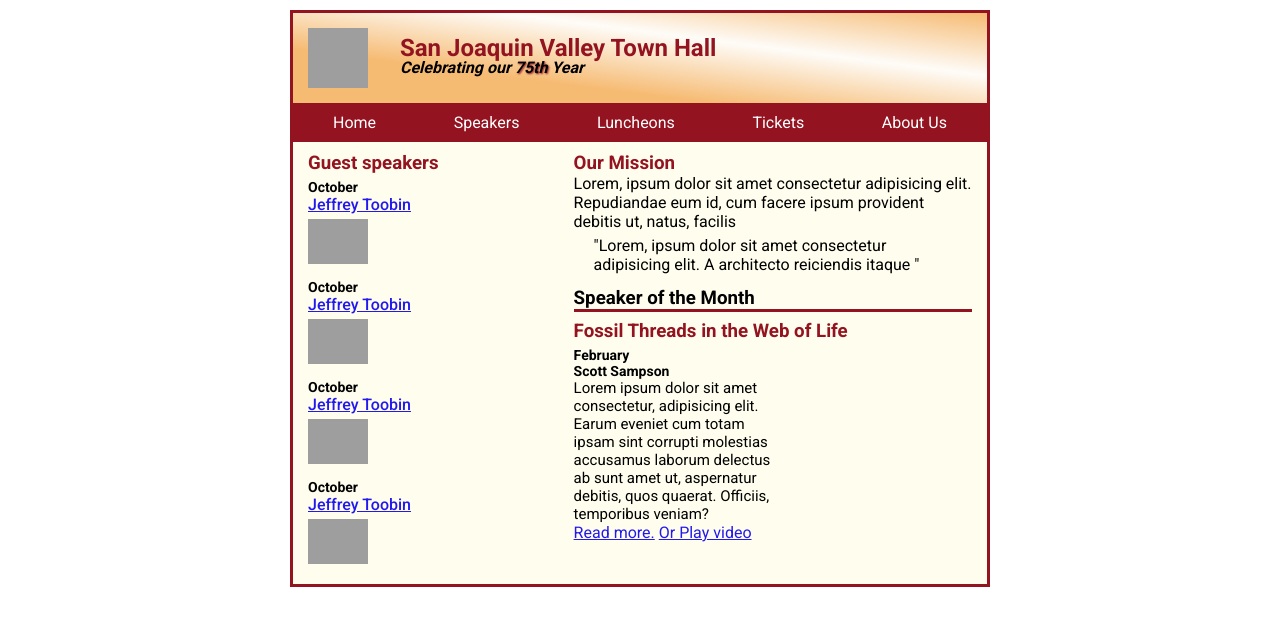
Repository: Mannj-nef/ex-5-6-7-8_IvVettech
Page: index.html
The author's editor kept a copy of each file at every save. The page is drawn from the files as they stood at one save, then again after the next save.
The browser window is 1280 px wide. The pictures show the whole page.
Pictures or frames that could not be fetched are drawn as grey boxes.

Above is the page before, as saved 2022-03-24 22:40:14.

### index.html
<!DOCTYPE html>
<html lang="en">
  <head>
    <meta charset="UTF-8" />
    <meta http-equiv="X-UA-Compatible" content="IE=edge" />
    <meta name="viewport" content="width=device-width, initial-scale=1.0" />
    <link rel="stylesheet" href="./Asset/style.css" />
    <link rel="preconnect" href="https://fonts.googleapis.com" />
    <link rel="preconnect" href="https://fonts.gstatic.com" crossorigin />
    <link
      href="https://fonts.googleapis.com/css2?family=Roboto:wght@300;400;500;700&display=swap"
      rel="stylesheet"
    />
    <title>Exercise5-6</title>
    <link
      rel="shortcut icon"
      href="https://iviettech.vn/wp-content/themes/viettech/img/front/favicon.ico"
      type="image/x-icon"
    />
  </head>
  <body>
    <div id="app">
      <header id="header">
        <div class="header-top">
          <div class="header-image__wrapper">
            <img
              src="https://source.unsplash.com/random"
              alt=""
              class="header-image"
            />
          </div>
          <div class="header-main">
            <h2 class="header-main__title">San Joaquin Valley Town Hall</h2>
            <p class="header-main__decs">
              Celebrating our
              <span class="header-main__decs-b"
                >75 <span class="header-main__decs-c">th</span>
              </span>
              Year
            </p>
          </div>
        </div>
        <div class="header-nav">
          <ul class="header-nav__list">
            <li class="header-nav__item">
              <a href="" class="header-nav__link">Home</a>
            </li>
            <li class="header-nav__item">
              <a href="" class="header-nav__link">Speakers</a>
            </li>
            <li class="header-nav__item">
              <a href="" class="header-nav__link">Luncheons</a>
            </li>
            <li class="header-nav__item">
              <a href="" class="header-nav__link">Tickets</a>
            </li>
            <li class="header-nav__item">
              <a href="" class="header-nav__link">About Us</a>
            </li>
          </ul>
        </div>
      </header>
      <section id="content">
        <div class="content-left">
          <h3 class="content-title">Guest speakers</h3>

          <div class="content-left__member">
            <p class="content__member-month">October</p>
            <a href="" class="content-left__member-link">Jeffrey Toobin</a>
            <div class="content-left__member-avata-wrapper">
              <img
                src="https://source.unsplash.com/random"
                alt=""
                class="content-left__member-avata"
              />
            </div>
          </div>
          <div class="content-left__member">
            <p class="content__member-month">October</p>
            <a href="" class="content-left__member-link">Jeffrey Toobin</a>
            <div class="content-left__member-avata-wrapper">
              <img
                src="https://source.unsplash.com/random"
                alt=""
                class="content-left__member-avata"
              />
            </div>
          </div>
          <div class="content-left__member">
            <p class="content__member-month">October</p>
            <a href="" class="content-left__member-link">Jeffrey Toobin</a>
            <div class="content-left__member-avata-wrapper">
              <img
                src="https://source.unsplash.com/random"
                alt=""
                class="content-left__member-avata"
              />
            </div>
          </div>
          <div class="content-left__member">
            <p class="content__member-month">October</p>
            <a href="" class="content-left__member-link">Jeffrey Toobin</a>
            <div class="content-left__member-avata-wrapper">
              <img
                src="https://source.unsplash.com/random"
                alt=""
                class="content-left__member-avata"
              />
            </div>
          </div>
        </div>
        <div class="constent-right">
          <div class="constent-right__top">
            <h3 class="content-title">Our Mission</h3>
            <p class="constent-right__desc">
              Lorem, ipsum dolor sit amet consectetur adipisicing elit.
              Repudiandae eum id, cum facere ipsum provident debitis ut, natus,
              facilis
            </p>
            <p class="constent-right__desc-sub">
              "Lorem, ipsum dolor sit amet consectetur adipisicing elit. A
              architecto reiciendis itaque "
            </p>
            <h3 class="constent-right-title">Speaker of the Month</h3>
          </div>
          <div class="constent-right__center">
            <h3 class="content-title">Fossil Threads in the Web of Life</h3>
            <div class="constent-right__center-right">
              <h3 class="content__member-month center-right_title">
                <p>February</p>
                Scott Sampson
              </h3>
              <p class="constent-right__center-desc">
                Lorem ipsum dolor sit amet consectetur, adipisicing elit. Earum
                eveniet cum totam ipsam sint corrupti molestias accusamus
                laborum delectus ab sunt amet ut, aspernatur debitis, quos
                quaerat. Officiis, temporibus veniam?
              </p>
              <a href="" class="constent-right__center-link">Read more.</a>
              <a href="" class="constent-right__center-link">Or Play video</a>
            </div>
          </div>
        </div>
      </section>
    </div>
  </body>
</html>

### Asset/style.css
* {
  margin: 0;
  padding: 0;
  box-sizing: border-box;
}
html {
  font-family: "Roboto", sans-serif;
}
:root {
  --prymary-color: #931420;
  --white-color: #fff;
  --yellow-color: #ebc700;
  --blue-color: #2119ee;
  --size: 60px;
}

#app {
  margin: 10px auto;
  width: 700px;
  border: 3px solid var(--prymary-color);
}

#header {
}
.header-top {
  padding: 15px;
  display: flex;
  align-items: center;
  background-image: linear-gradient(
    to right top,
    #f6bb73 30%,
    #fefcf8,
    #f6bb73
  );
}
.header-image__wrapper {
  width: var(--size);
  height: var(--size);
  margin-right: 2em;
}
.header-image {
  width: 100%;
  height: 100%;
  object-fit: cover;
}
.header-main {
  line-height: 20px;
}
.header-main__title {
  color: var(--prymary-color);
}
.header-main__decs {
  color: #000;
  font-weight: 600;
  font-style: italic;
}
.header-main__decs-b {
  display: inline-flex;
  text-shadow: 1px 1px 2px var(--prymary-color);
}
.header-nav {
  background-color: var(--prymary-color);
}
.header-nav__list {
  list-style: none;
  display: flex;
  justify-content: space-between;
  padding: 0 20px;
}
.header-nav__item {
  padding: 10px 20px;
}
.header-nav__link {
  font-weight: 400;
  text-decoration: none;
  color: var(--white-color);
}
.header-nav__item:hover .header-nav__link {
  color: var(--yellow-color);
}

#content {
  background-color: #fffded;
  padding: 10px 15px;
  display: flex;
}

.content-left {
  width: 40%;
}
.content-title {
  color: var(--prymary-color);
}
.content-left__member {
}
.content__member-month {
  margin-top: 5px;
  font-size: 14px;
  font-weight: 600;
}
.content-left__member-link {
  font-weight: 500;
  color: var(--blue-color);
}
.content-left__member-avata-wrapper {
  width: var(--size);
  height: var(--size);
  display: flex;
  padding-top: 5px;
  padding-bottom: 10px;
}
.content-left__member-avata {
  width: 100%;
  height: 100%;
}
.constent-right {
  width: 60%;
}
.constent-right__desc-sub {
  padding: 5px 20px;
}
.constent-right-title {
  margin: 8px 0;
  font-weight: 600;
  color: #000;
  border-bottom: 3px solid var(--prymary-color);
}

.constent-right__center-right {
  width: 50%;
}
.center-right_title {
  margin-right: 10px;
}
.constent-right__center-desc {
  font-size: 15px;
}
.constent-right__center-link {
  color: var(--blue-color);
}

After the next save:
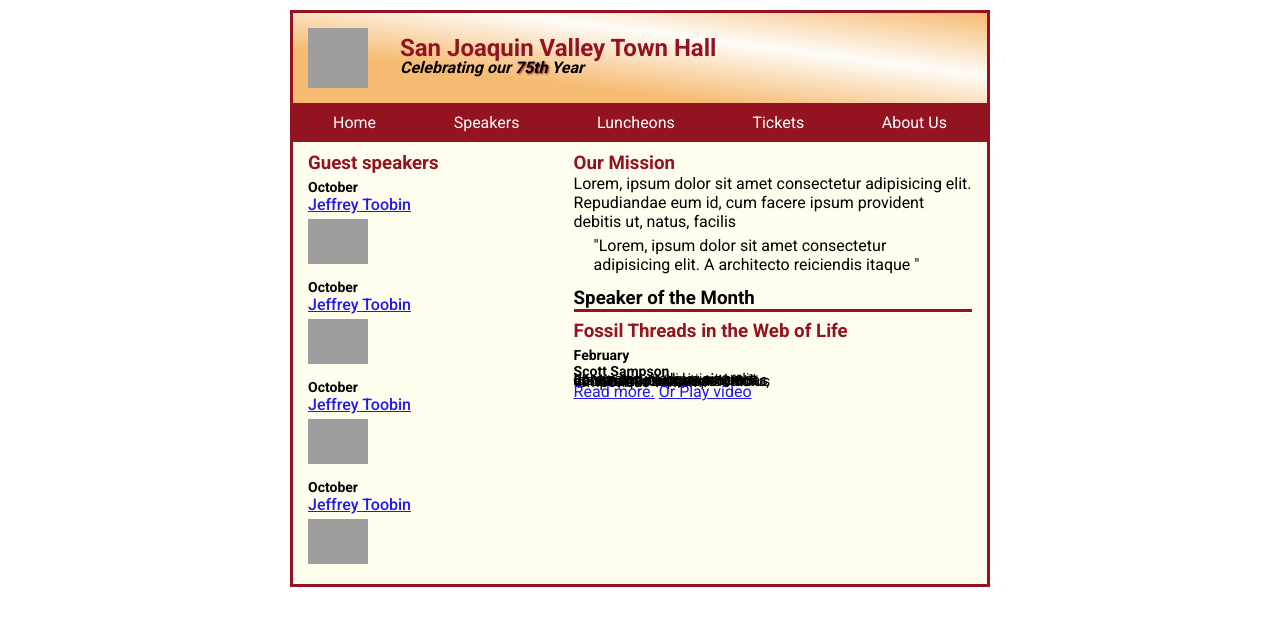
Saved 20 s later.
--- a/Asset/style.css
+++ b/Asset/style.css
@@ -134,6 +134,7 @@ html {
 }
 .constent-right__center-desc {
   font-size: 15px;
+  line-height: 0.4px;
 }
 .constent-right__center-link {
   color: var(--blue-color);
